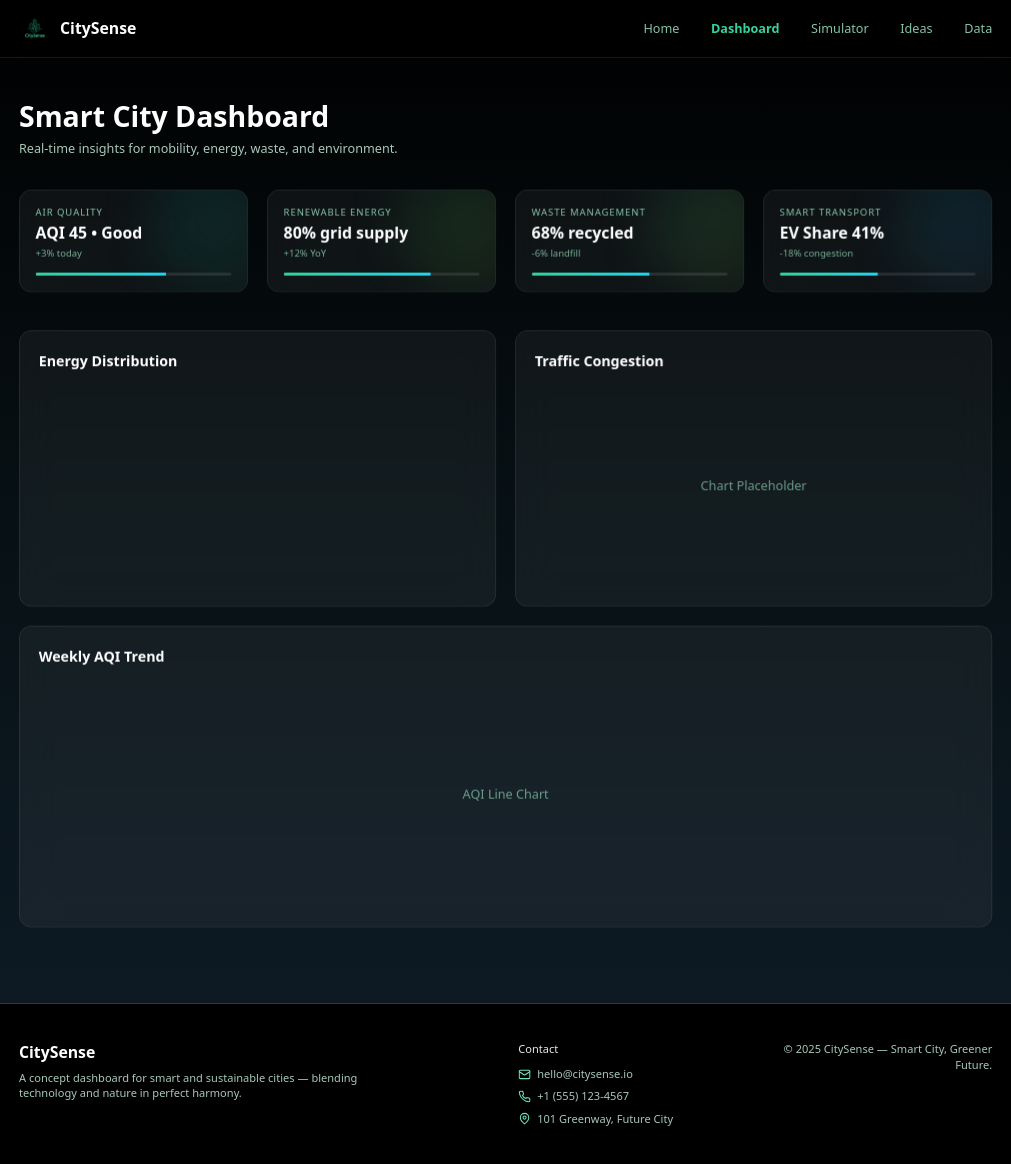
Repository: crashyet/CitySense
Page: /dashboard
The author's editor kept a copy of each file at every save. The page is drawn from the files as they stood at one save, then again after the next save.
The browser window is 1280 px wide. The pictures show the whole page, at 79% of full size.
The project was rebuilt for these pictures with package versions that can differ from the ones it lists, and the page was loaded fresh each time. Also part of the build but not shown: vite.config.js, src/pages/landing/Hero.jsx, src/pages/landing/DashboardPreview.jsx, src/pages/landing/Infographic.jsx, src/pages/landing/Community.jsx, src/pages/landing/index.jsx, src/pages/Simulator/index.jsx, src/pages/Ideas/index.jsx and 1 more.

Above is the page before, as saved 2025-11-16 22:33:24.

After the next save:
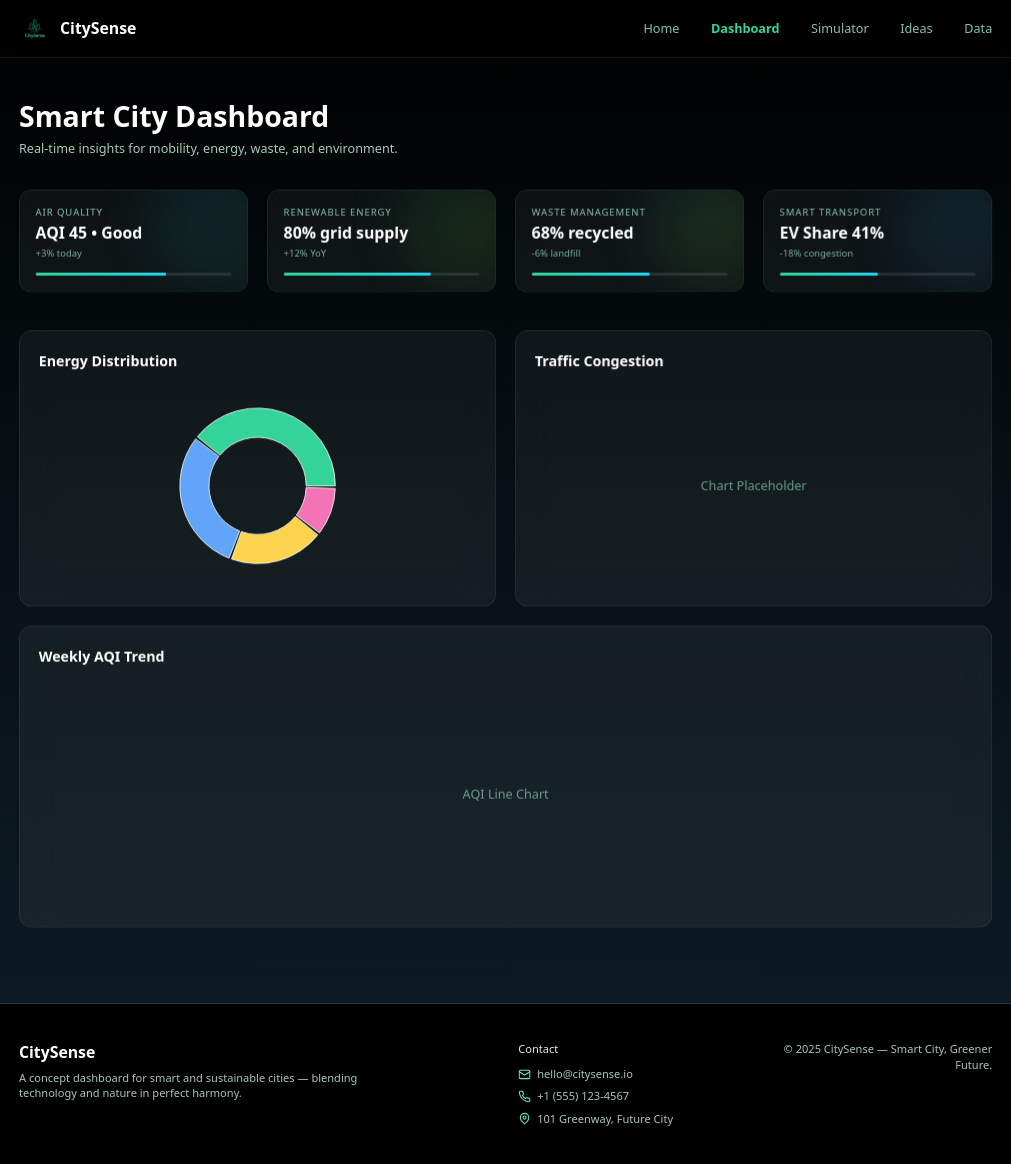
Saved 65 s later.
--- a/src/components/EnergyPieChart.jsx
+++ b/src/components/EnergyPieChart.jsx
@@ -1,32 +1,32 @@
-import { PieChart, Pie, Cell, ResponsiveContainer, Legend } from "recharts";
+import { PieChart, Pie, Cell, ResponsiveContainer, Tooltip } from "recharts";
 
 const data = [
-  { name: "Solar", value: 35, color: "hsl(var(--secondary))" },
-  { name: "Wind", value: 25, color: "hsl(var(--accent))" },
-  { name: "Hydro", value: 20, color: "hsl(158 80% 60%)" },
-  { name: "Natural Gas", value: 15, color: "hsl(189 80% 60%)" },
-  { name: "Other", value: 5, color: "hsl(var(--muted))" },
+  { name: "Solar", value: 40 },
+  { name: "Wind", value: 30 },
+  { name: "Hydro", value: 20 },
+  { name: "Other", value: 10 }
 ];
+
+const COLORS = ["#34d399", "#60a5fa", "#fcd34d", "#f472b6"];
 
 export default function EnergyPieChart() {
   return (
-    <div className="p-6 pt-0">
-      <ResponsiveContainer width="100%" height={300}>
+    <div className="w-full h-full">
+      <ResponsiveContainer width="100%" height="100%">
         <PieChart>
           <Pie
             data={data}
             dataKey="value"
             nameKey="name"
-            cx="50%"
-            cy="50%"
-            outerRadius={100}
-            label
+            outerRadius="80%"
+            innerRadius="50%"
+            paddingAngle={2}
           >
             {data.map((entry, index) => (
-              <Cell key={index} fill={entry.color} stroke="#fff" />
+              <Cell key={`cell-${index}`} fill={COLORS[index]} />
             ))}
           </Pie>
-          <Legend />
+          <Tooltip />
         </PieChart>
       </ResponsiveContainer>
     </div>
